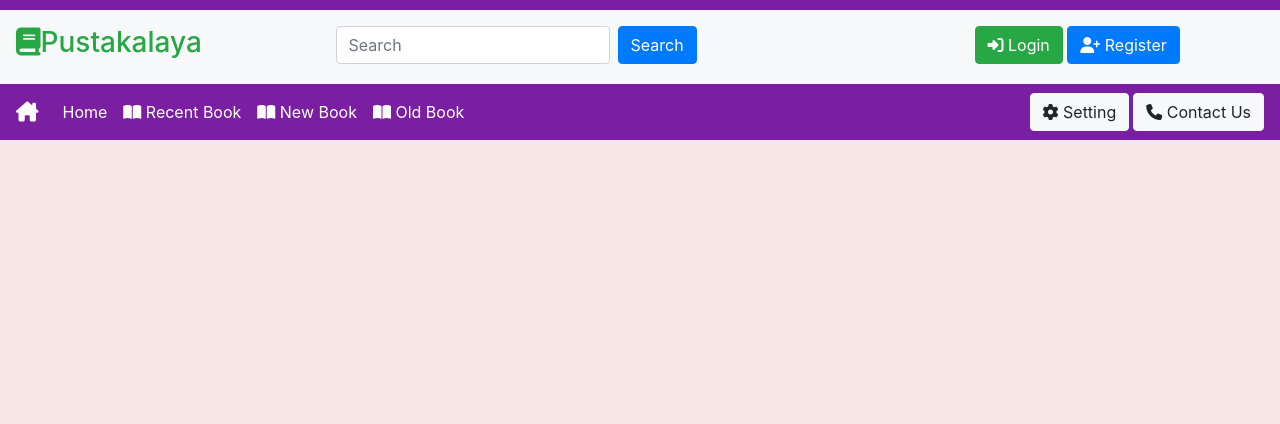
Repository: kalaprabhakar/Pustakalay_Web_Application
Page: http://localhost/E_Book_Management/old_book.jsp
The author's editor kept a copy of each file at every save. The page is drawn from the files as they stood at one save, then again after the next save.
The browser window is 1280 px wide. The pictures show the whole page.
Some web libraries are served in a nearby version. The page is served by Tomcat 10.

Above is the page before, as saved 2024-02-28 18:17:12.

After the next save:
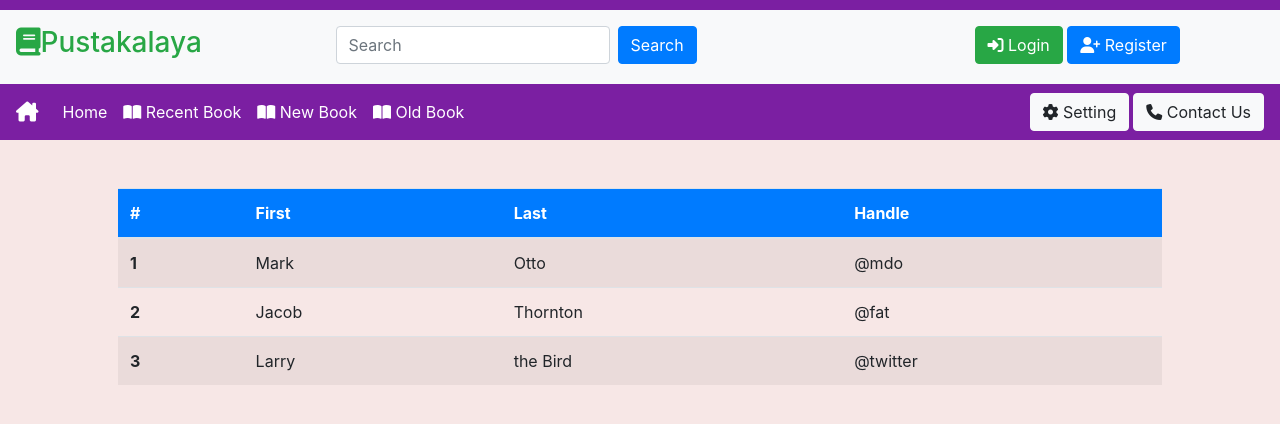
Saved 3 min 20 s later.
--- a/E_Book_Management/src/main/webapp/old_book.jsp
+++ b/E_Book_Management/src/main/webapp/old_book.jsp
@@ -12,5 +12,39 @@
 <body style="background-color: #f7e7e6">
 	<%@ include file="all_component/navbar.jsp"%>
 
+	<div class="container p-5">
+	<table class="table table-striped">
+  <thead class="bg-primary text-white">
+    <tr>
+      <th scope="col">#</th>
+      <th scope="col">First</th>
+      <th scope="col">Last</th>
+      <th scope="col">Handle</th>
+    </tr>
+  </thead>
+  <tbody>
+    <tr>
+      <th scope="row">1</th>
+      <td>Mark</td>
+      <td>Otto</td>
+      <td>@mdo</td>
+    </tr>
+    <tr>
+      <th scope="row">2</th>
+      <td>Jacob</td>
+      <td>Thornton</td>
+      <td>@fat</td>
+    </tr>
+    <tr>
+      <th scope="row">3</th>
+      <td>Larry</td>
+      <td>the Bird</td>
+      <td>@twitter</td>
+    </tr>
+  </tbody>
+</table>
+
+	</div>
+
 </body>
 </html>
